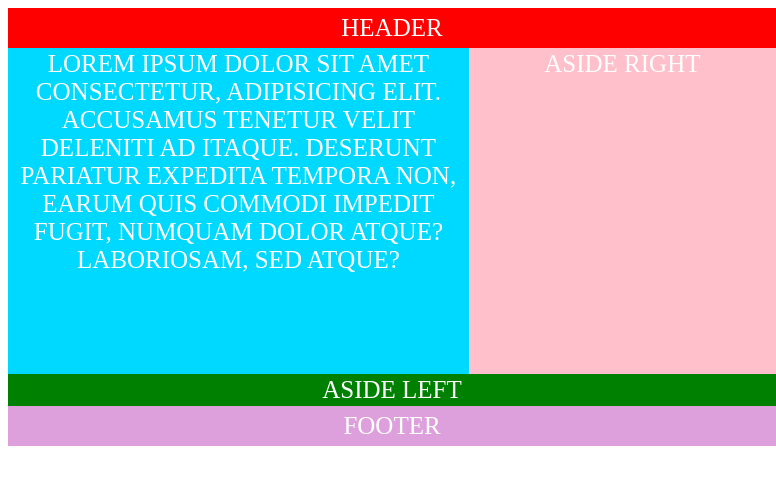
Repository: magdaf41/CSS
Page: zadanie_7/index.html
The author's editor kept a copy of each file at every save. The page is drawn from the files as they stood at one save, then again after the next save.
The browser window is 768 px wide. The page is 776 px wide, so the pictures cover 776 px, including what lies to the right of the window. The pictures show the whole page.

Above is the page before, as saved 2020-08-24 21:32:11.

After the next save:
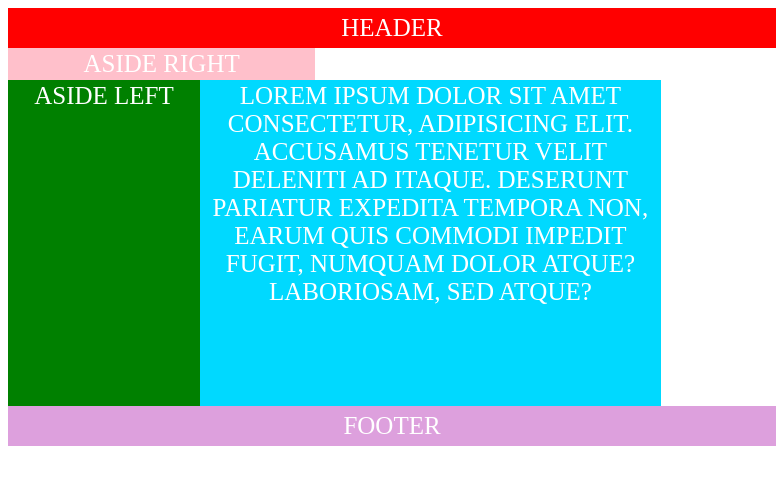
Saved 42 s later.
--- a/zadanie_7/css/style.css
+++ b/zadanie_7/css/style.css
@@ -58,7 +58,3 @@ footer{
         width: 40%;
 
     }
-    #left{
-        width: 100%;
-        height: 50%;
-    }

After the save that followed:
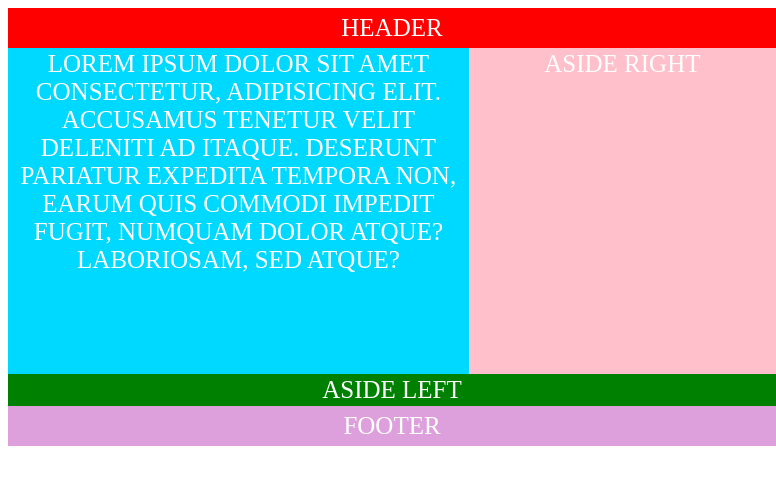
Saved 14 s later.
--- a/zadanie_7/css/style.css
+++ b/zadanie_7/css/style.css
@@ -58,3 +58,6 @@ footer{
         width: 40%;
 
     }
+    #left{
+        width: 100%;
+    }
